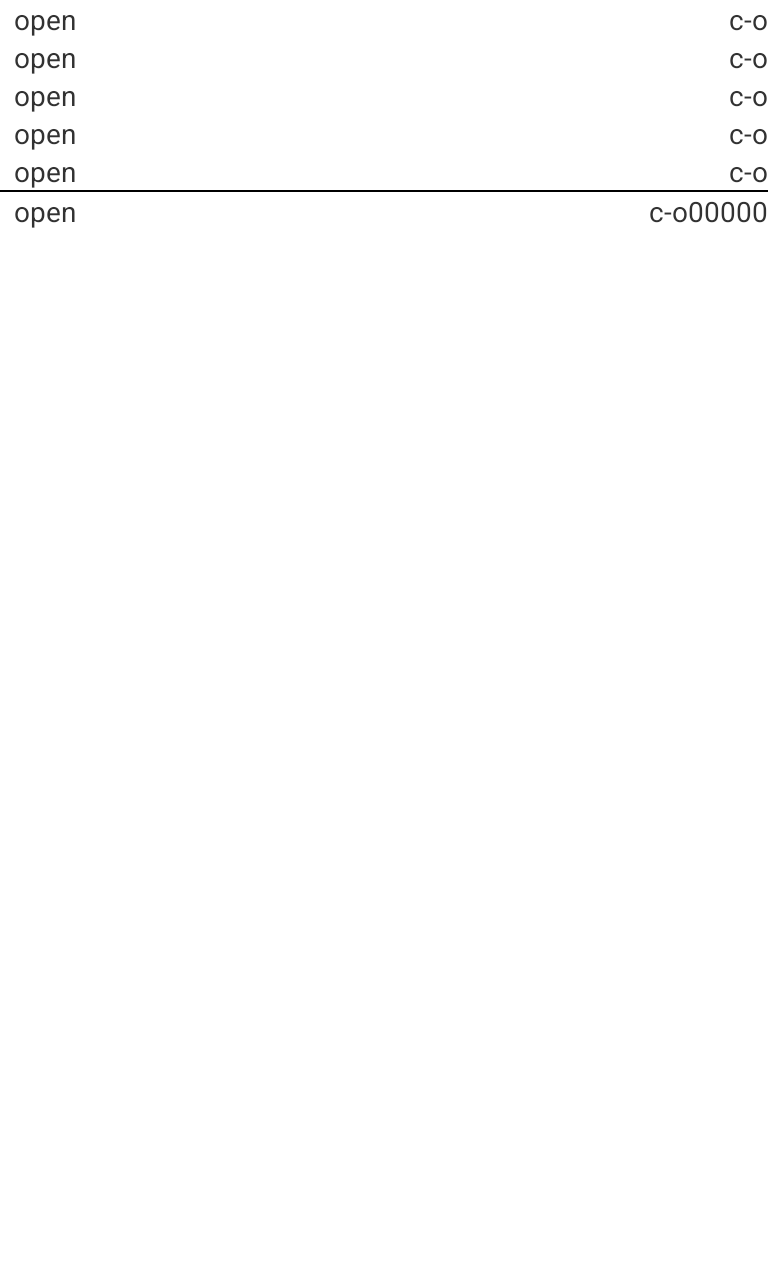
Repository: qwer2714856/Android_learn
Layout: tableLayout/res/layout/activity_main.xml
An editor plug-in stored every save of this project. The layout is shown before and after the next save, followed by the edit.
It is drawn on a 768 x 1280 px phone screen (xhdpi) without system bars, with theme AppTheme; the app's code is not run.

Above is the layout before, as saved 2015-09-30 07:52:52.

After the next save:
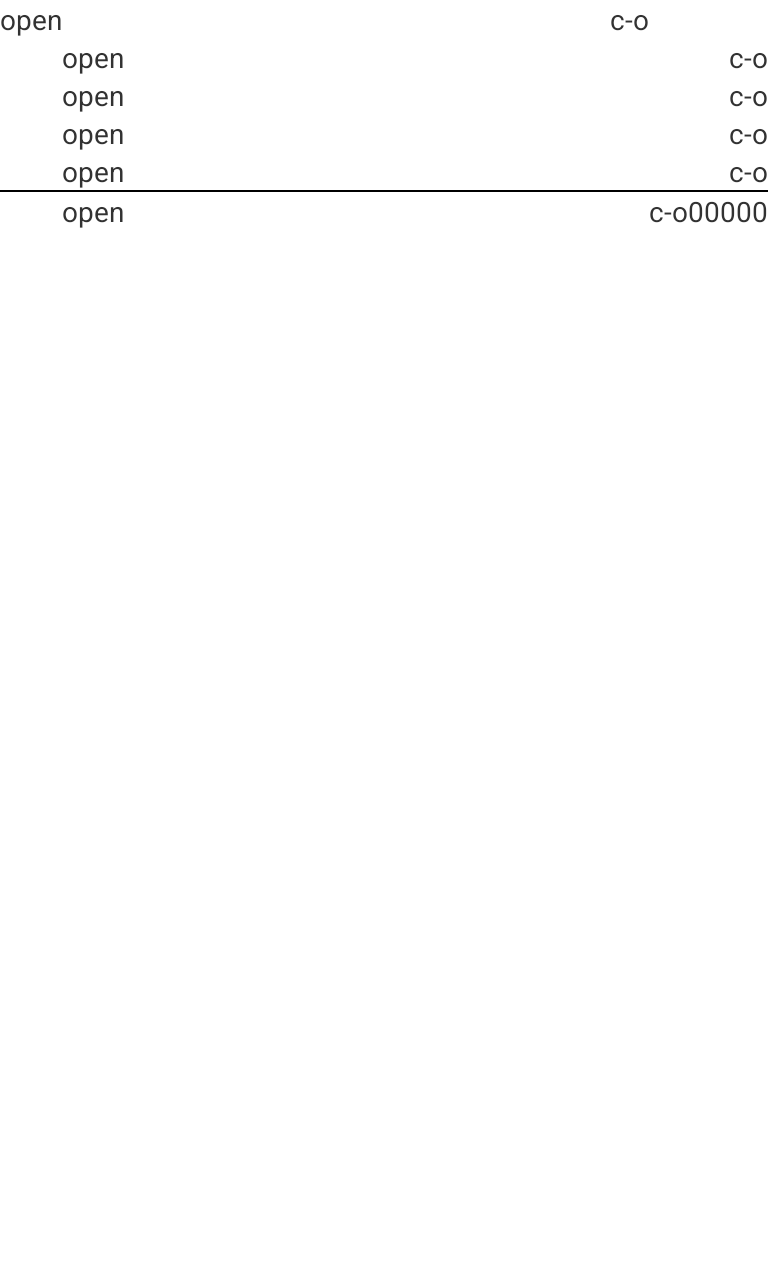
Saved 12 s later.
--- a/tableLayout/res/layout/activity_main.xml
+++ b/tableLayout/res/layout/activity_main.xml
@@ -11,7 +11,7 @@
 
          >
 
-        <TextView android:text="open" android:layout_column="1"/>
+        <TextView android:text="open"  />
         <TextView android:text="c-o" android:gravity="right"/>
 
     </TableRow>

After the save that followed:
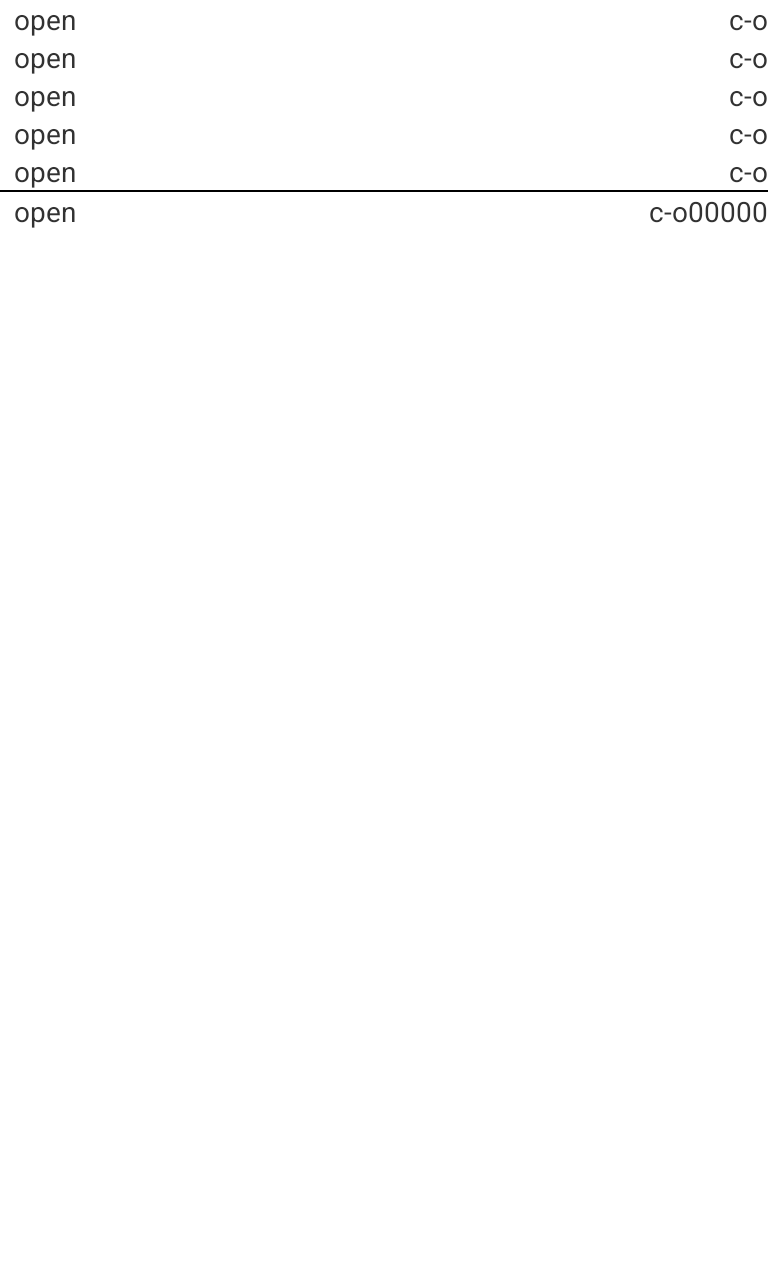
Saved 4 s later.
--- a/tableLayout/res/layout/activity_main.xml
+++ b/tableLayout/res/layout/activity_main.xml
@@ -11,7 +11,7 @@
 
          >
 
-        <TextView android:text="open"  />
+        <TextView android:text="open" android:layout_column="1"/>
         <TextView android:text="c-o" android:gravity="right"/>
 
     </TableRow>
